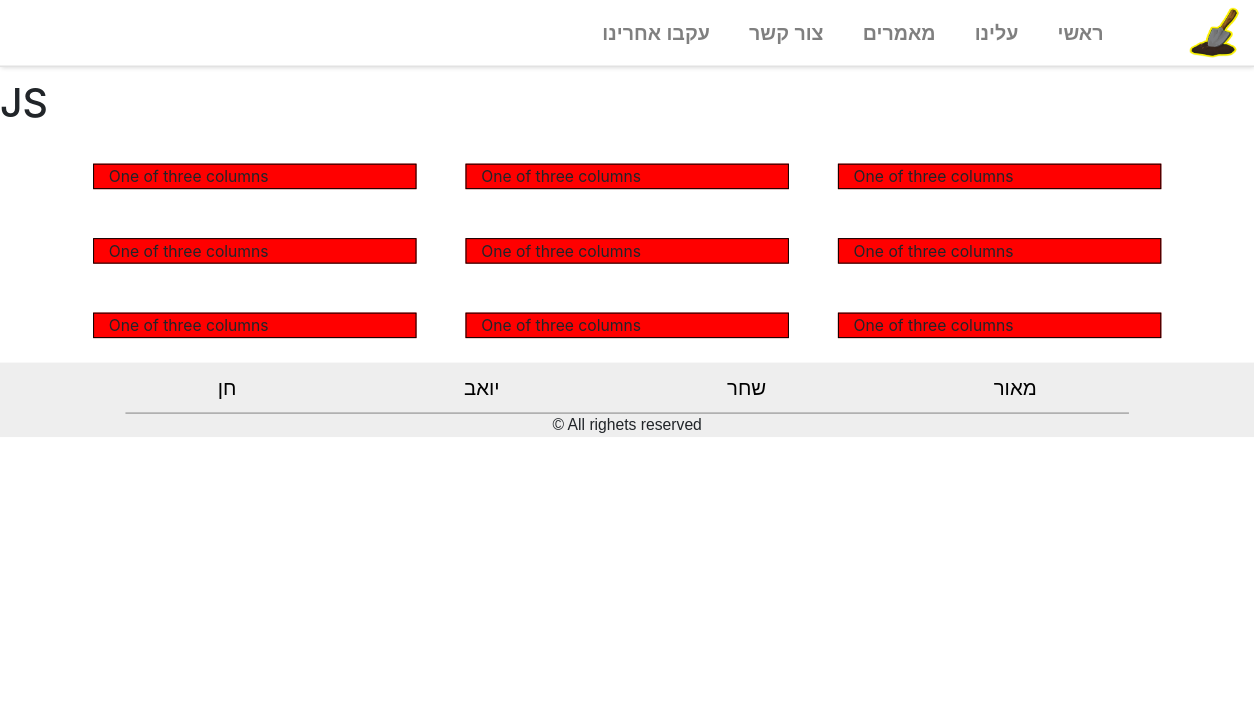
Repository: yoavBenZion/Blog-Zubi
Page: articlesPage.html
These files come from the project's save history. The page is drawn as it stood at one moment and after the next save; the edit follows.
The browser window is 1280 px wide. The pictures show the whole page, at 98% of full size.
Some web fonts or font styles are not loaded; a fallback is used. Some web libraries are served in a nearby version.

Above is the page before, as saved 2017-10-26 11:50:42.

After the next save:
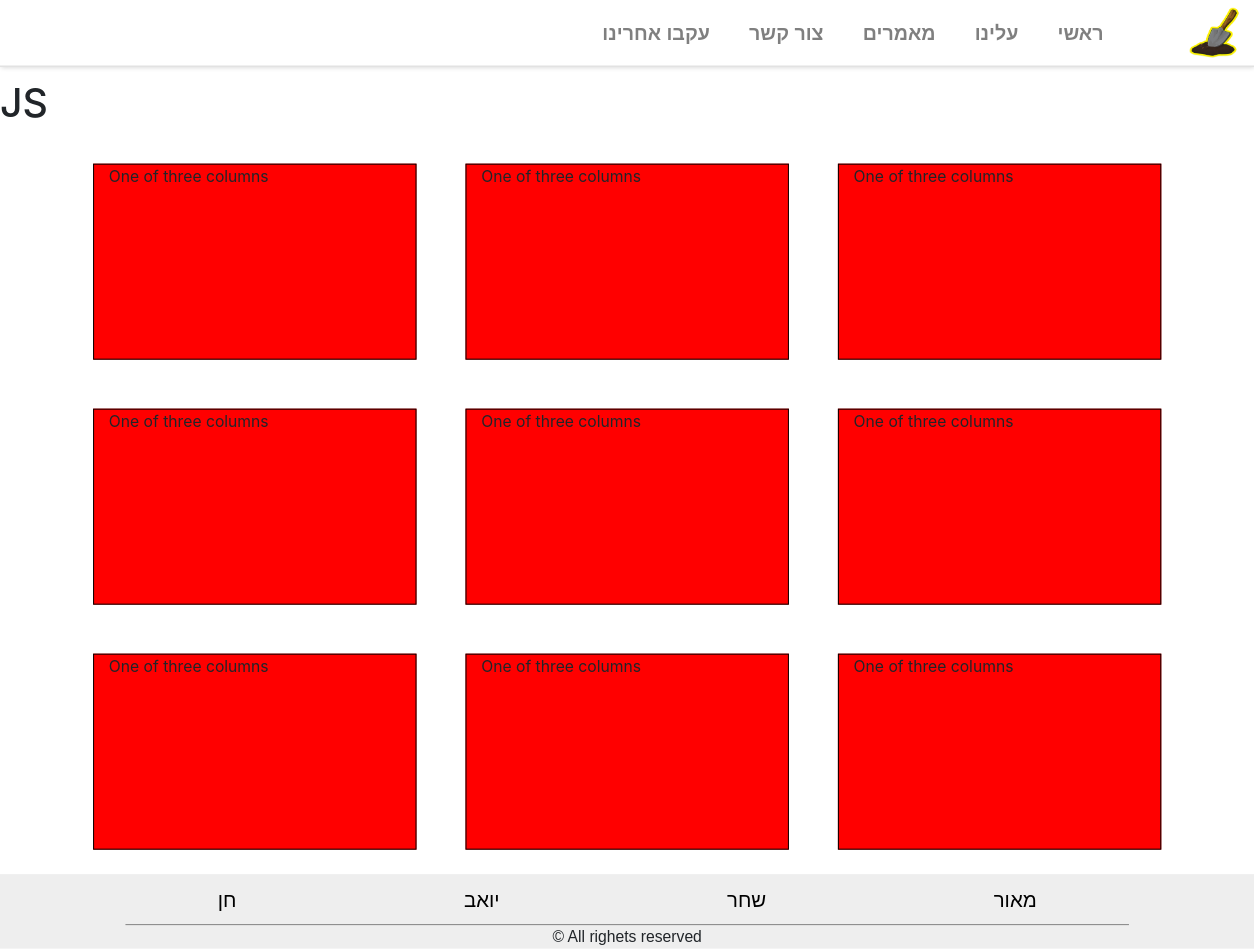
Saved 9 s later.
--- a/css/articlesPage.css
+++ b/css/articlesPage.css
@@ -7,6 +7,6 @@ body {
 .col {
     background-color: red;
     margin: 25px;
-    height: 55%;
+    height: 200px;
     border: 1px solid black;
 }
